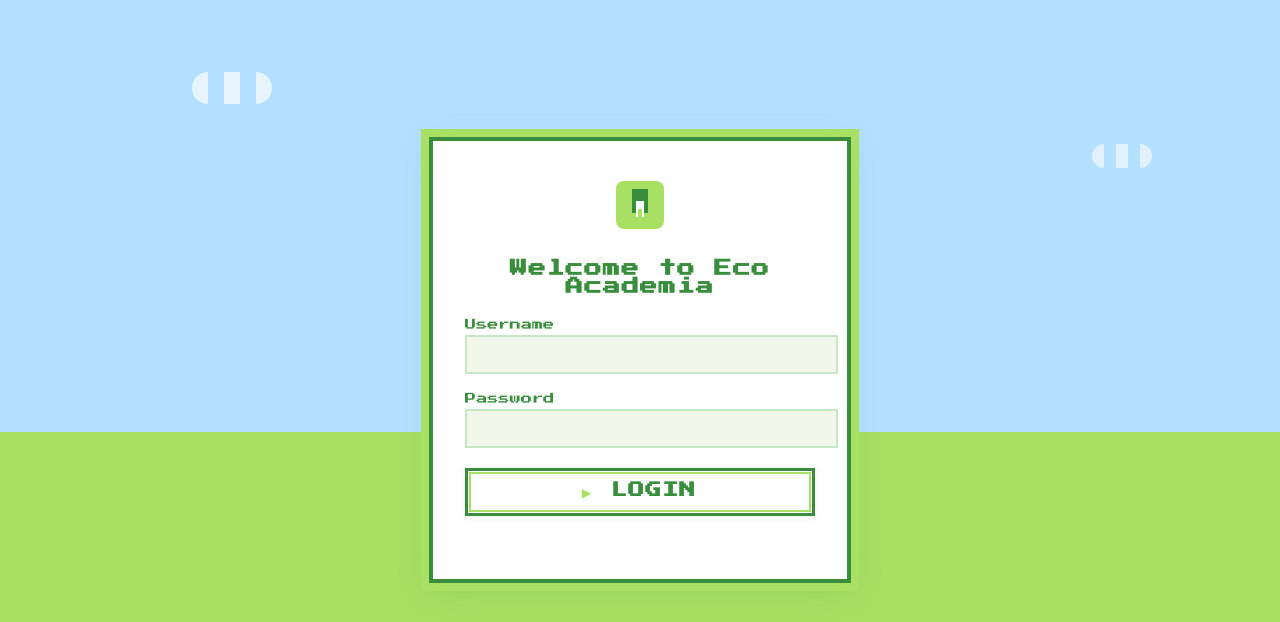
Repository: hotaruhshs/eco-academia
Page: login/index.html
The author's editor kept a copy of each file at every save. The page is drawn from the files as they stood at one save, then again after the next save.
The browser window is 1280 px wide. The pictures show the whole page.

Above is the page before, as saved 2025-07-06 01:09:12.

After the next save:
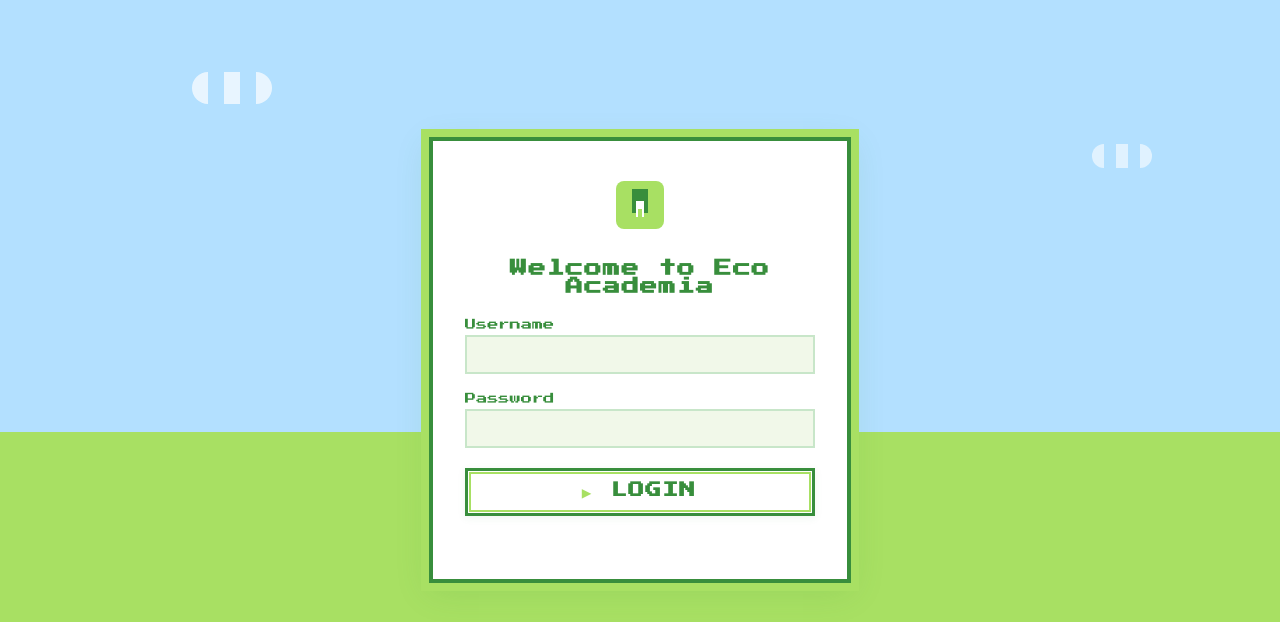
Saved 72 s later.
--- a/login/css/login.css
+++ b/login/css/login.css
@@ -98,7 +98,8 @@ h2 {
 
 .input-group input {
   width: 100%;
-  padding: 0.6rem;
+  box-sizing: border-box;
+  padding: 0.6rem 0.6rem;
   border: 2.5px solid #c8e6c9;
   border-radius: 0;
   font-size: 1rem;
@@ -106,6 +107,7 @@ h2 {
   font-family: "Press Start 2P", "Consolas", monospace;
   image-rendering: pixelated;
   transition: border 0.2s;
+  margin: 0;
 }
 
 .input-group input:focus {
